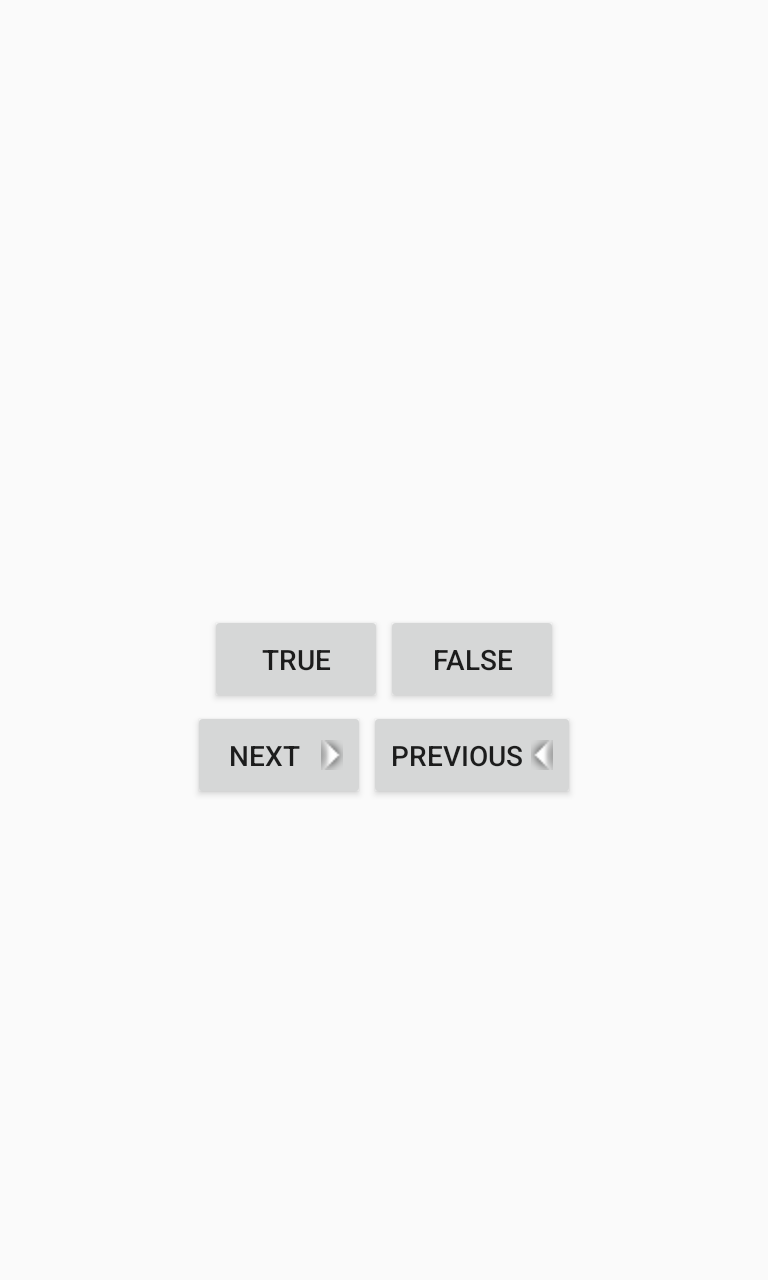
Repository: DaleJulian/AndroidTraining
Layout: GeoQuiz/res/layout/activity_quiz.xml
An editor plug-in stored every save of this project. The layout is shown before and after the next save, followed by the edit.
It is drawn on a 768 x 1280 px phone screen (xhdpi) without system bars, with theme AppTheme; the app's code is not run.

Above is the layout before, as saved 2015-05-26 02:24:11.

After the next save:
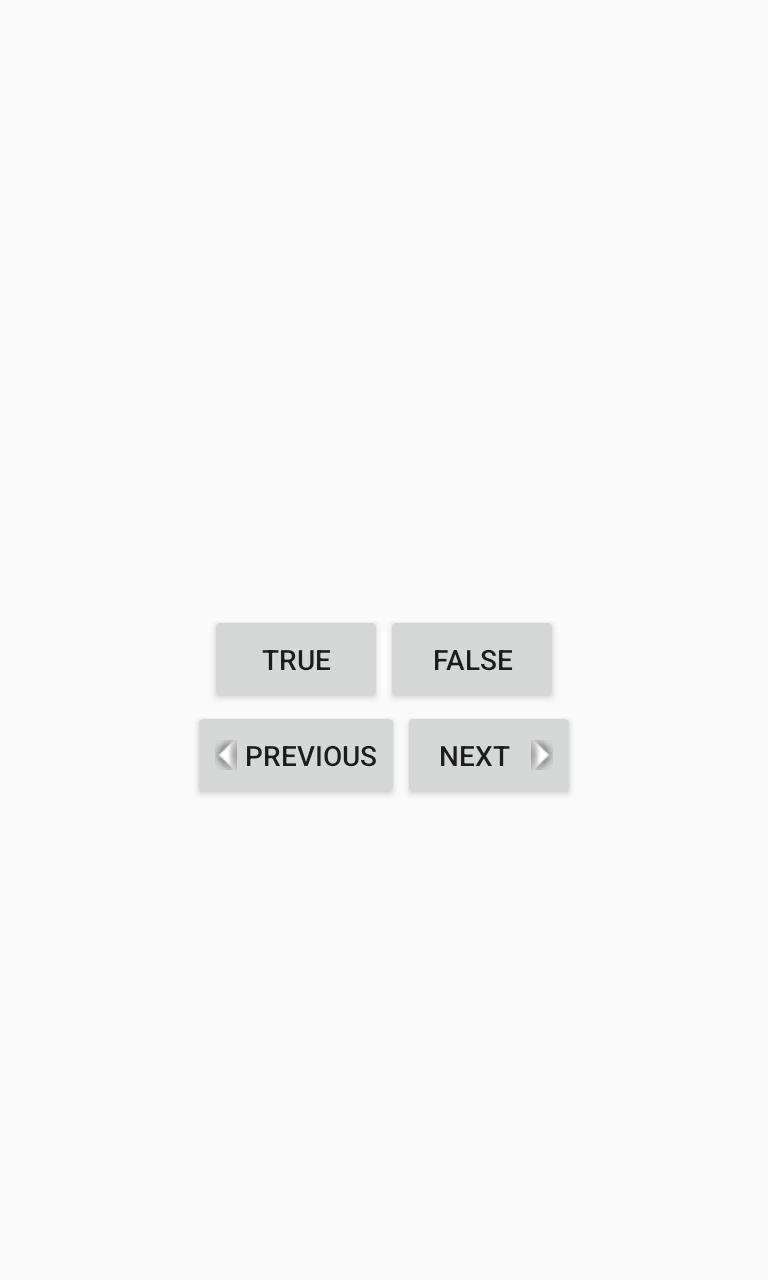
Saved 25 s later.
--- a/GeoQuiz/res/layout/activity_quiz.xml
+++ b/GeoQuiz/res/layout/activity_quiz.xml
@@ -31,6 +31,15 @@
 	    android:layout_width="wrap_content"
 	    android:layout_height="wrap_content"
 		android:orientation="horizontal" >
+
+		<Button
+		    android:id="@+id/previous_button"
+		    android:layout_width="wrap_content"
+		    android:layout_height="wrap_content"
+		    android:drawableLeft="@drawable/arrow_left"
+		    android:drawablePadding="4dp"
+		    android:text="@string/button_previous" />
+
 		<Button
 		    android:id="@+id/next_button"
 		    android:layout_width="wrap_content"
@@ -39,13 +48,6 @@
 		    android:drawableRight="@drawable/arrow_right"
 		    android:text="@string/button_next" />
 
-		<Button
-		    android:id="@+id/previous_button"
-		    android:layout_width="wrap_content"
-		    android:layout_height="wrap_content"
-		    android:drawableRight="@drawable/arrow_left"
-		    android:drawablePadding="4dp"
-		    android:text="@string/button_previous" />
 	</LinearLayout>
 
 </LinearLayout>
